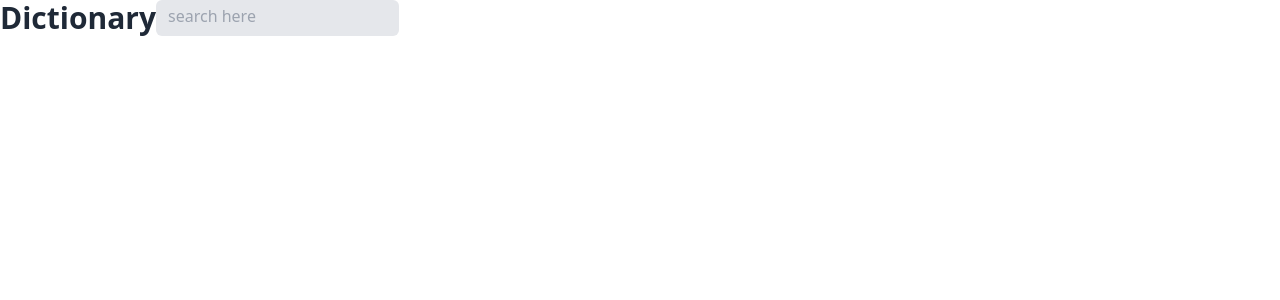
Repository: imokha01/dictionary-app
Page: /
The author's editor kept a copy of each file at every save. The page is drawn from the files as they stood at one save, then again after a run of saves.
The browser window is 1280 px wide. The pictures show the whole page.
The project was rebuilt for these pictures with package versions that can differ from the ones it lists, and the page was loaded fresh each time. Also part of the build but not shown: vite.config.js, src/App.css.

Above is the page before, as saved 2024-02-19 10:49:49.

After the next 2 saves:
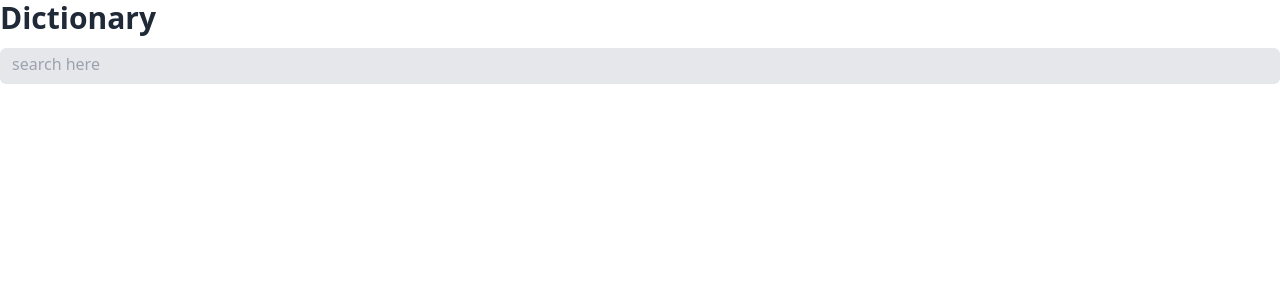
The 2 saves are shown as one change because they came seconds apart.
The last was saved 6 s later.
--- a/src/pages/Home.jsx
+++ b/src/pages/Home.jsx
@@ -2,7 +2,7 @@
 const Home = () => {
   return (
     <div>
-      <div className="flex flex">
+      <div className="flex flex-col gap-3">
         <h1 className="text-3xl font-semibold">Dictionary</h1>
         <input className="bg-gray-200 rounded-md h-9 pl-3 pb-1" type="text" placeholder="search here" />
       </div>
